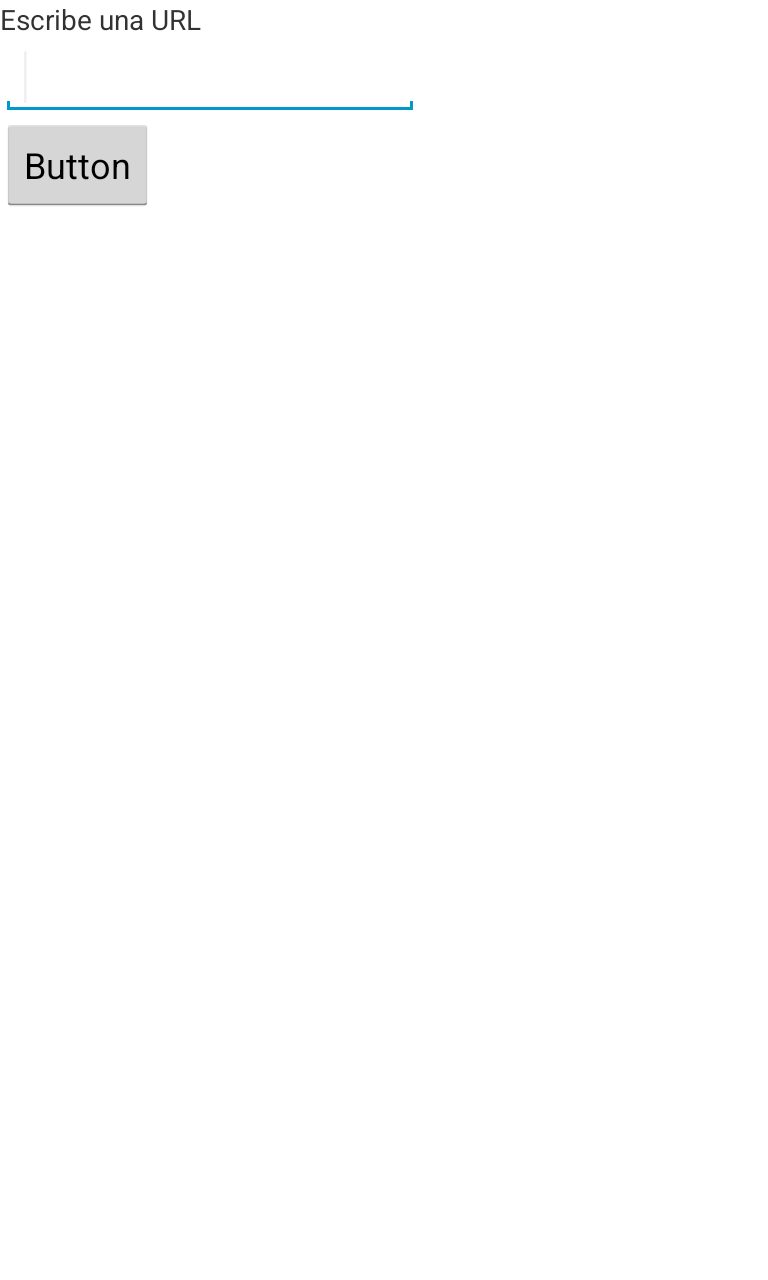
Repository: miguelcamposdev/cursoandroid
Layout: 01 Activities/MyCustomBrowser/res/layout/activity_prueba_url.xml
The author's editor kept a copy of each file at every save. The layout is drawn from the files as they stood at one save, then again after the next save.
It is drawn on a 768 x 1280 px phone screen (xhdpi) without system bars, with theme AppTheme; the app's code is not run.

Above is the layout before, as saved 2014-11-12 15:51:59.

### 01 Activities/MyCustomBrowser/res/layout/activity_prueba_url.xml
<RelativeLayout xmlns:android="http://schemas.android.com/apk/res/android"
    xmlns:tools="http://schemas.android.com/tools"
    android:layout_width="match_parent"
    android:layout_height="match_parent"
    tools:context="${relativePackage}.${activityClass}" >

    <TextView
        android:id="@+id/textViewLabelUrl"
        android:layout_width="wrap_content"
        android:layout_height="wrap_content"
        android:text="@string/label_insert_url" />

    <EditText
        android:id="@+id/editTextUrl"
        android:layout_width="wrap_content"
        android:layout_height="wrap_content"
        android:layout_alignParentLeft="true"
        android:layout_below="@+id/textViewLabelUrl"
        android:ems="10"
        android:inputType="textUri" >

        <requestFocus />
    </EditText>

    <Button
        android:id="@+id/buttonOpenUrl"
        android:layout_width="wrap_content"
        android:layout_height="wrap_content"
        android:layout_alignParentLeft="true"
        android:layout_below="@+id/editTextUrl"
        android:text="Button" />

</RelativeLayout>

### 01 Activities/MyCustomBrowser/res/values/strings.xml
<?xml version="1.0" encoding="utf-8"?>
<resources>

    <string name="app_name">MyCustomBrowser</string>
    <string name="hello_world">Hello world!</string>
    <string name="label_insert_url">Escribe una URL</string>
    <string name="btn_open_url">Abrir URL en navegador</string>

</resources>

Loaded but not shown: 01 Activities/MyCustomBrowser/res/values/styles.xml (common file); 01 Activities/MyCustomBrowser/res/values-v11/styles.xml (common file); 01 Activities/MyCustomBrowser/res/values-v14/styles.xml (common file)

After the next save:
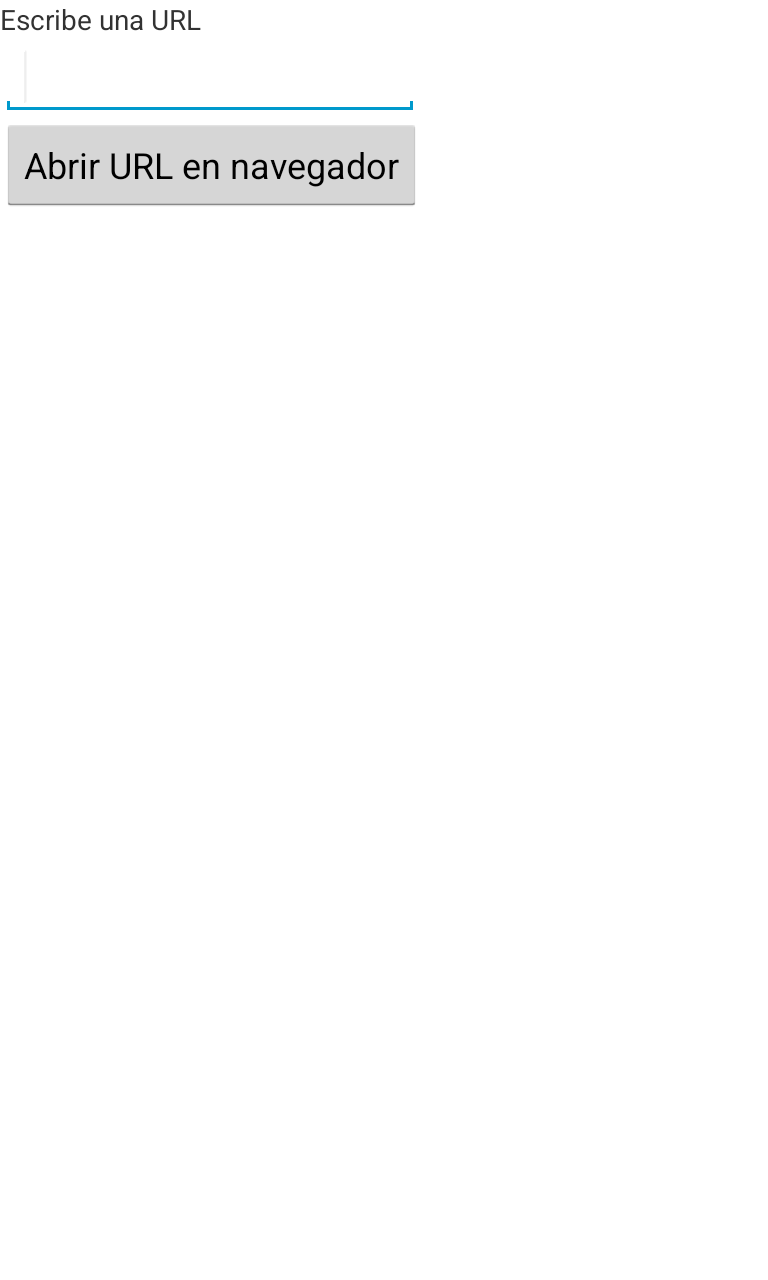
Saved 14 s later.
--- a/01 Activities/MyCustomBrowser/res/layout/activity_prueba_url.xml
+++ b/01 Activities/MyCustomBrowser/res/layout/activity_prueba_url.xml
@@ -28,6 +28,6 @@
         android:layout_height="wrap_content"
         android:layout_alignParentLeft="true"
         android:layout_below="@+id/editTextUrl"
-        android:text="Button" />
+        android:text="@string/btn_open_url" />
 
 </RelativeLayout>
